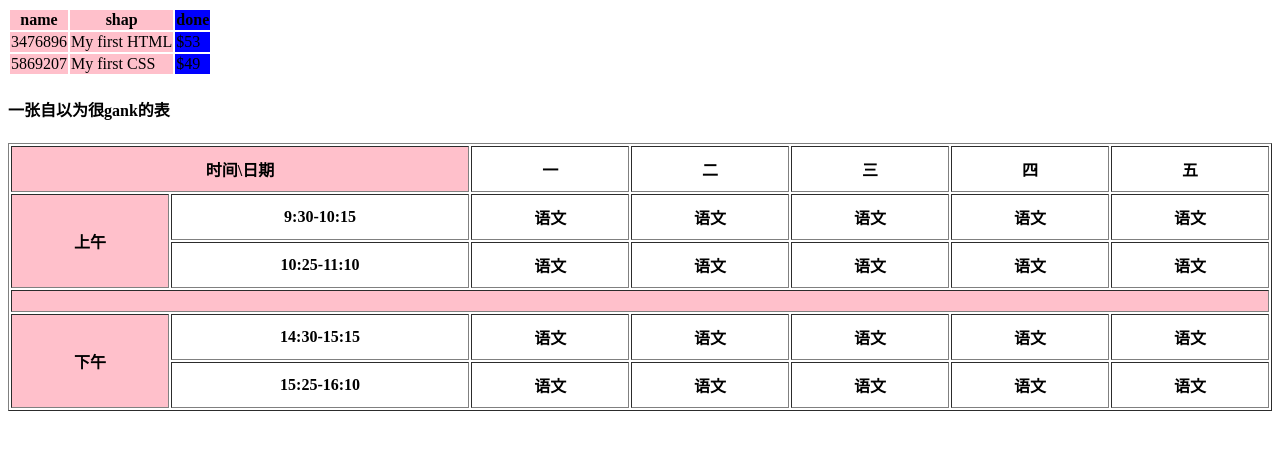
Repository: SnugHAN/eshop_real
Page: eshop_han/gg_shop/WebContent/table_test.html
These files come from the project's save history. The page is drawn as it stood at one moment and after the next save; the edit follows.
The browser window is 1280 px wide. The pictures show the whole page.

Above is the page before, as saved 2017-05-30 09:26:24.

### eshop_han/gg_shop/WebContent/table_test.html
<!DOCTYPE html PUBLIC "-//W3C//DTD HTML 4.01 Transitional//EN" "http://www.w3.org/TR/html4/loose.dtd">
<html>
<head>
<meta http-equiv="Content-Type" content="text/html; charset=UTF-8">
<title>Insert title here</title>
</head>
<body>
<table>
<colgroup>
<!-- 局限于两色的colgroup -->
<col span="2" style="background-color:pink" >

<col style="background-color:blue">

</colgroup>
<tr>
<th>name</th>
<th>shap</th>
<th>done</th>

</tr>
 <tr>
    <td>3476896</td>
    <td>My first HTML</td>
    <td>$53</td>
  </tr>
  <tr>
    <td>5869207</td>
    <td>My first CSS</td>
    <td>$49</td>
  </tr>
</table>
<h4>一张自以为很gank的表</h4>
<table class="time" border="1" cellpadding="10" width="100%">
<colgroup>
<col span="1" style="background-color:pink">
<col style="backgrond-color:green">
</colgroup>
<tr>
 <th colspan="2">时间\日期</th>
	    <th>一</th>
	    <th>二</th>
	    <th>三</th>
	    <th>四</th>
	    <th>五</th>
</tr>
<tr>
<th rowspan="2">上午</th>
	    <th>9:30-10:15</th>
	    <th>语文</th>
	    <th>语文</th>
	    <th>语文</th>
	    <th>语文</th>
	    <th>语文</th>
</tr>
<tr >
 <th>10:25-11:10</th>
	    <th>语文</th>
	    <th>语文</th>
	    <th>语文</th>
	    <th>语文</th>
	    <th>语文</th>
	    </tr>
 <tr>
    <th colspan="7"></th>
    </tr>

    <tr>
	    <th rowspan="2">下午</th>
	    <th>14:30-15:15</th>
	    <th>语文</th>
	    <th>语文</th>
	    <th>语文</th>
	    <th>语文</th>
	    <th>语文</th>
    </tr>

    <tr>
	    <th>15:25-16:10</th>
	    <th>语文</th>
	    <th>语文</th>
	    <th>语文</th>
	    <th>语文</th>
	    <th>语文</th>
    </tr>
</table>
</body>
</html>

After the next save:
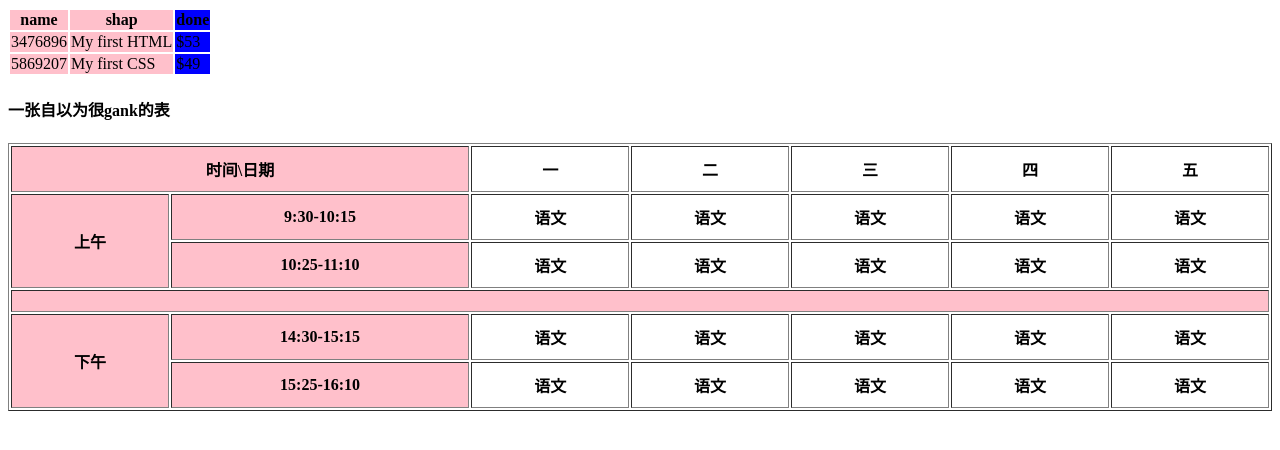
Saved 49 s later.
--- a/eshop_han/gg_shop/WebContent/table_test.html
+++ b/eshop_han/gg_shop/WebContent/table_test.html
@@ -33,7 +33,7 @@
 <h4>一张自以为很gank的表</h4>
 <table class="time" border="1" cellpadding="10" width="100%">
 <colgroup>
-<col span="1" style="background-color:pink">
+<col span="2" style="background-color:pink">
 <col style="backgrond-color:green">
 </colgroup>
 <tr>
